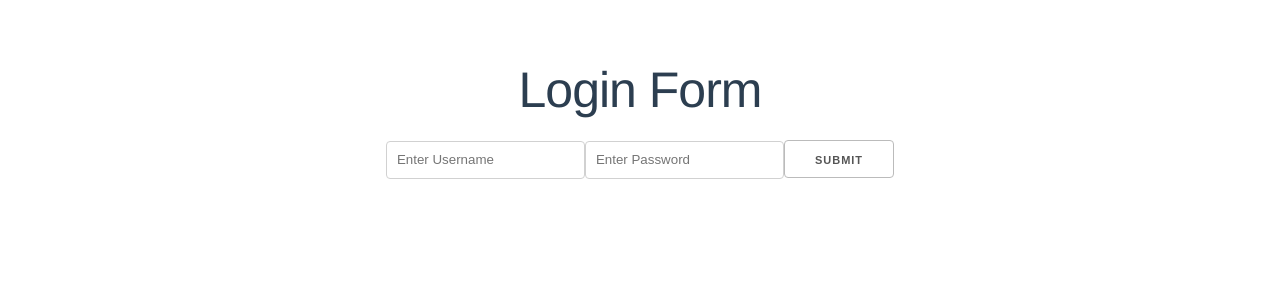
Repository: chsvk/Vue-JS-Course
Page: /
An editor plug-in stored every save of this project. The page is shown before and after the next save, followed by the edit.
The browser window is 1280 px wide. The pictures show the whole page.
The project was rebuilt for these pictures with package versions that can differ from the ones it lists, and the page was loaded fresh each time.

Above is the page before, as saved 2019-03-18 03:14:36.

### public/index.html
<!DOCTYPE html>
<html lang="en">
  <head>
    <meta charset="utf-8">
    <meta http-equiv="X-UA-Compatible" content="IE=edge">
    <meta name="viewport" content="width=device-width,initial-scale=1.0">
    <link rel="icon" href="<%= BASE_URL %>favicon.ico">
    <link rel="stylesheet" href="https://cdnjs.cloudflare.com/ajax/libs/skeleton/2.0.4/skeleton.min.css">
    <title>testproject</title>
  </head>
  <body>
    <noscript>
      <strong>We're sorry but testproject doesn't work properly without JavaScript enabled. Please enable it to continue.</strong>
    </noscript>
    <div id="app"></div>
    <!-- built files will be auto injected -->
  </body>
</html>

### src/App.vue
<template>
  <div id="app">
    <!-- <h1>This is the App Component</h1>
    <input type="text" placeholder="Enter Name" v-model="name"> -->
    <Login/>
  </div>
</template>


<script>
import Login from '@/components/Login'
export default {
  name: 'app',
  components:{
    Login
  },
  data(){
    return{
      name: ''
    }
  },
  methods: {

  },
  // beforeCreate(){
  //   alert('Before Create')
  // },
  // created(){
  //   alert('Created')
  // },
  // beforeMount(){
  //   alert("Before Mount")
  // },
  // mounted(){
  //   alert('Mounted')
  // },

  // beforeUpdate(){
  //   alert('Before Update')
  // },
  // updated(){
  //   alert('Updated')
  // }


}
</script>

<style lang="scss">
#app {
  font-family: 'Avenir', Helvetica, Arial, sans-serif;
  -webkit-font-smoothing: antialiased;
  -moz-osx-font-smoothing: grayscale;
  text-align: center;
  color: #2c3e50;
  margin-top: 60px;
}
</style>

### src/components/Login.vue
<template>
    <form @submit.prevent="submitForm()" action="">
        <h1>Login Form</h1>
        <input type="text" placeholder="Enter Username">
        <input type="text" placeholder="Enter Password">
        <button type="submit">Submit</button>
    </form>
</template>

<script>
export default {
    methods: {
        submitForm(){
            this.$emit('onSubmit')
        }
    },
    beforeDestroy(){
    alert('Before Destroy')
  },
  destroyed(){
    alert('Destroyed')
  },
}
</script>

<style>

</style>

Loaded but not shown: src/main.js (common file)

After the next save:
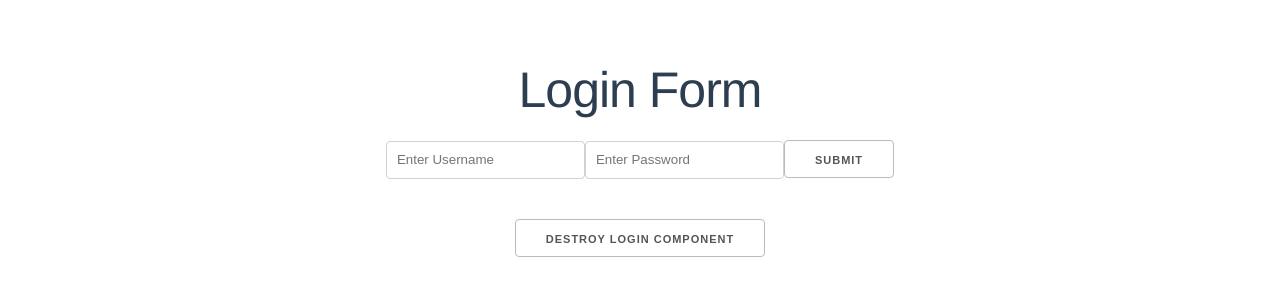
Saved 46 s later.
--- a/src/App.vue
+++ b/src/App.vue
@@ -2,7 +2,8 @@
   <div id="app">
     <!-- <h1>This is the App Component</h1>
     <input type="text" placeholder="Enter Name" v-model="name"> -->
-    <Login/>
+    <Login v-if="showLogin"/>
+    <button @click="showLogin = !showLogin">Destroy Login Component</button>
   </div>
 </template>
 
@@ -16,7 +17,7 @@ export default {
   },
   data(){
     return{
-      name: ''
+      showLogin: true
     }
   },
   methods: {
